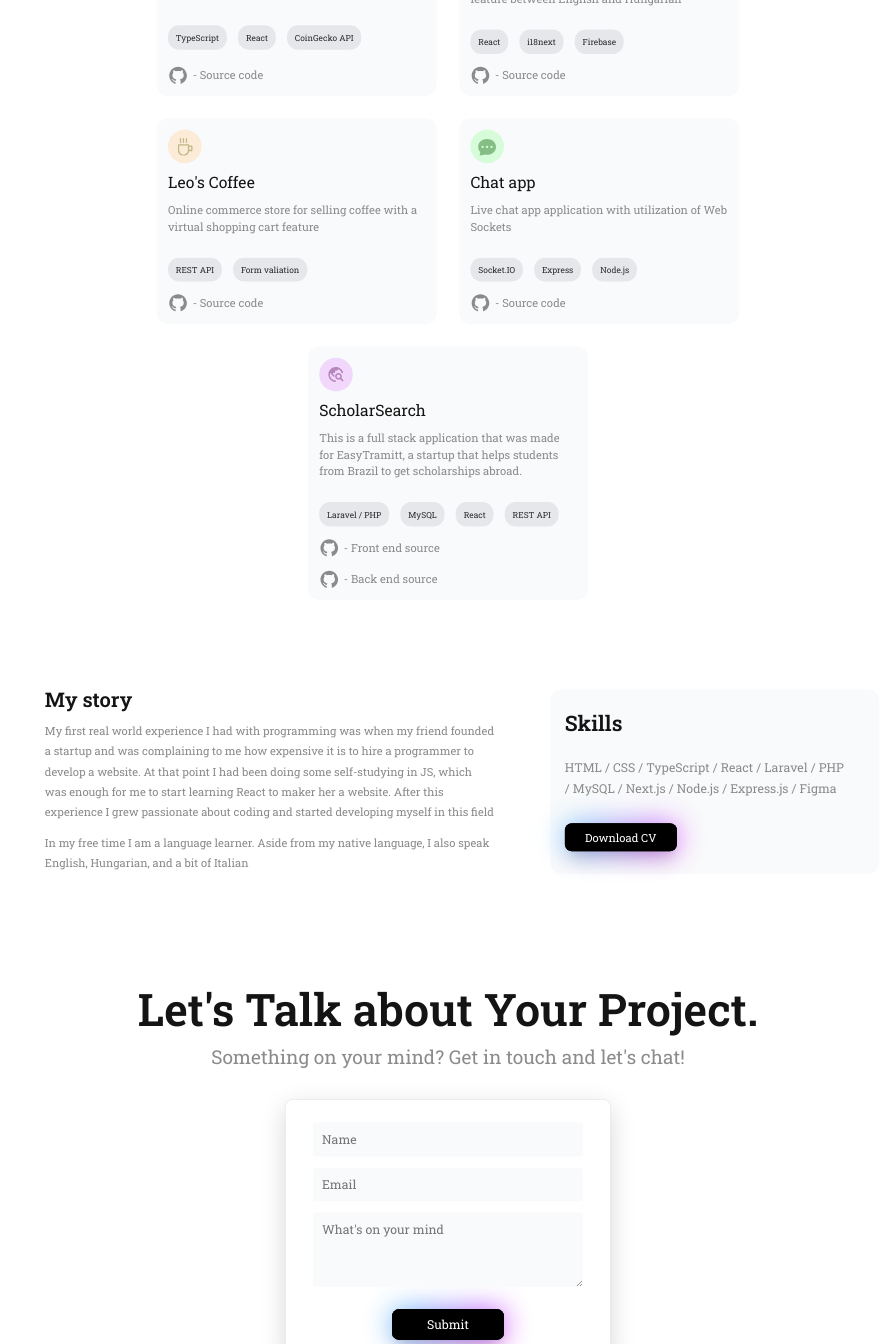
Repository: Leoka2000/portfolio-final
Page: /
The author's editor kept a copy of each file at every save. The page is drawn from the files as they stood at one save, then again after the next save.
The browser window is 1280 px wide. The pictures show the part of the page from y = 983 to 2903 px (the page is 3009 px tall before and 3054 px after), at 70% of full size.
The page's requests for data from a server got no answer. Some web fonts or font styles are not loaded; a fallback is used. The project was rebuilt for these pictures with package versions that can differ from the ones it lists, and the page was loaded fresh each time. No one was signed in, and anything a server would have sent is missing. Also part of the build but not shown: src/App.css. Imported but missing from the stored project, and not drawn on this page: src/assets/LeoCV.pdf, src/assets/ScholarSearch.mp4.

Above is the page before, as saved 2023-05-11 19:59:57.

### public/index.html
<!DOCTYPE html>
<html lang="en">
  <head>
    <meta charset="utf-8" />
    <link rel="icon" href="%PUBLIC_URL%/favicon.ico" />
    <meta name="viewport" content="width=device-width, initial-scale=1" />
    <meta name="theme-color" content="#000000" />
    <meta
      name="description"
      content="Web site created using create-react-app"
    />
    <link rel="apple-touch-icon" href="%PUBLIC_URL%/logo192.png" />
    <!-- font -->
    <link rel="preconnect" href="https://fonts.googleapis.com">
    <link rel="preconnect" href="https://fonts.gstatic.com" crossorigin>
    <link href="https://fonts.googleapis.com/css2?family=Fira+Sans+Extra+Condensed:wght@300&family=Roboto+Condensed:wght@300&family=Roboto+Slab:wght@400;500;600&display=swap" rel="stylesheet">

    <!-- font -->
    <link rel="manifest" href="%PUBLIC_URL%/manifest.json" />

    <title>React App</title>
  </head>
  <body>
    <noscript>You need to enable JavaScript to run this app.</noscript>
    <div id="root"></div>
    <!--
      This HTML file is a template.
      If you open it directly in the browser, you will see an empty page.

      You can add webfonts, meta tags, or analytics to this file.
      The build step will place the bundled scripts into the <body> tag.

      To begin the development, run `npm start` or `yarn start`.
      To create a production bundle, use `npm run build` or `yarn build`.
    -->
  </body>
</html>

### src/pages/main/home.jsx
import React from 'react'
import Navbar from '../../compontents/navbar/navbar'
import Hero from './hero/hero'
import Work from './work/work-parent'
import About from './about/about'
import Contact from '../contact/contact'


const Home = () => {
  return (
    <>
      <Hero/>
      <Work/>
      <About/>
      <Contact/>
    </>
  )
}

export default Home

### src/compontents/navbar/navbar.css
.nav-navbar {
    display: flex;
    justify-content: flex-start;

    align-items: center;
    height: 90px;
}

.nav-navbar > span {
    display: flex;
    color: var(--h1);
    text-align: center;
    align-items: center;
    justify-content: center;
    background-color: #f5f5f5;
    font-weight: 300;
    padding: 9px 30px;
    border-radius: 30px;
    height: 2rem;
    gap: 1rem;
    width: auto;
    position: absolute;
    right: 30rem;

}
.nav-navbar > span > div {
width: 1.4rem;
border-radius: 100%;
background-color: rgb(101, 223, 101);
height: 1.4rem;
}
.dropdown-menu{
    position: absolute;
    right: 0;
    margin-right: 2rem;


}
.nav-dropdown {
    transform: none;
    transition: all 2s ease-in-out;
    margin-top: 1rem;
    background-color: #f5f5f5;
    position: absolute;
    top: 1;
    right: 0;
    border-radius: 10px;
    width: 10rem;
    height: 8.5rem;
    font-size: 1.2rem;
    transition: all .2s ease-in-out;
    box-shadow: rgba(0, 0, 0, 0.1) 0px 20px 25px -5px, rgba(0, 0, 0, 0.04) 0px 10px 10px -5px;
    opacity:1;
    transition:

     0s linear,
     1s linear;
}
.nav-dropdown::before {
    content: "";
z-index: -1;
position: absolute;
top: 0;
right: 0;
bottom: 0;
left: 0;
background: linear-gradient(-45deg,#e81cff,#40c9ff);
transform: translateZ(0) scale(.95);
filter: blur(20px);
opacity: .6;
transition: .3s;
border-radius: inherit;
transition: all 2s ease-in-out;

}
.dropdown{

    list-style: none;
    display: flex;
 flex-direction: column;
 padding: 1rem;
 transform: none;
 opacity:1;
    transition:

     0s linear,
     1s linear;


}

.dropdown > a {
    list-style: none;
    width: 84%;
    display: flex;
    padding: 0.5rem 1rem 0.5rem 0.7rem;
}
.dropdown > a > a {
    width: 100%;
}
.dropdown a:hover {
    background-color: rgb(219, 219, 219);
    cursor: pointer;
    border-radius: 10px;
    transition: 0.2s;
}
.nav-navbar > div > button {
    background-color: transparent;
    outline: none;
    border: none;
    display: flex;
    align-items: center;
    background-color: #f5f5f5;
    border-radius: 10px;

    padding: 0.8rem;
    justify-content: center;
    gap: 0.2rem;
    cursor: pointer;
    position: relative;
    transition: 0.3s;
}
.nav-navbar > div > button:hover {
background-color: rgb(228, 228, 228);
transform: scale(1.1);
}
.dropdown-menu > button > p {
    font-size: 1.2rem;

}
.dropdown-menu button svg {
    font-size: 1.5rem;
}

### src/pages/main/hero/hero.jsx
import React from 'react'
import {AiFillGithub} from 'react-icons/ai'
import {AiOutlineMail} from 'react-icons/ai'
import {AiFillLinkedin} from 'react-icons/ai'
import './hero.css'
import { Link } from 'react-scroll'

const hero = () => {
  return (
    <>
      <section className='hero-section'>
        <h1>Hi, I'm Leo, a front-end developer</h1>
        <p>I build things for the web primarily using React. Currently living in Hungary</p>
        <div className='icons-wrapper'>
          <a href='https://www.linkedin.com/in/leoreus/'><AiFillGithub/></a>
          <a href='https://github.com/Leoka2000'><AiOutlineMail/> </a>
          <a><AiFillLinkedin/></a>
        </div>
        <button className='hero-btn'> <Link to="contact" spy={true} smooth={true} offset={100} duration={500}>Hire me</Link></button>
      </section>
    </>
  )
}

export default hero

### src/pages/main/hero/hero.css
.hero-section {
    display: flex;
    flex-direction: column;
    text-align: center;
    align-items: center;
    padding: 4rem 2rem 2rem 2rem;
    justify-content: center;
    gap: 1.5rem
}
.hero-section h1 {
    color: var(--h1);
    font-size: 5rem;
}
.hero-section p {
    color: var(--p);
    font-size: 2rem;
    line-height: 2.5rem;
    width: 80%;

}
.icons-wrapper {
    font-size: 2rem;
    color: var(--p);
    background-color: #f5f5f5;
    border-radius: 25px;
    align-items: center;
    padding: 0.8rem 0 0.5rem 0;
    width: 12rem;
    display: flex;
    justify-content: center;
    gap: 1rem;
    cursor: pointer;

}
.icons-wrapper a {
    text-decoration: none;
    color: var(--p);
}
.icons-wrapper svg {
    transition: 0.4s;
}
.icons-wrapper svg:hover {
    color: rgb(0, 0, 0);
}


.hero-section > button {
    font-family: 'Fira Sans Extra Condensed', sans-serif;

    font-family: 'Inter', sans-serif;

    font-family: 'Roboto Condensed', sans-serif;

    font-family: 'Roboto Slab', serif;

    display: flex;
    justify-content: center;
    align-items: center;
    color: white;
    font-size: 1.3rem;
    width: 10rem;
    height: 3.5rem;
    border-radius: 10px;
    outline: none;
    background-color: black;
    border: none;
    position: relative;
    cursor: pointer;
    transition: all .2s ease-in-out;
    box-shadow: rgba(0, 0, 0, 0.1) 0px 20px 25px -5px, rgba(0, 0, 0, 0.04) 0px 10px 10px -5px;
}
.hero-section > button::before {
    content: "";
z-index: -1;
position: absolute;
top: 0;
right: 0;
bottom: 0;
left: 0;
background: linear-gradient(-45deg, #e81cff, #40c9ff);
transform: translateZ(1) scale(.98);
filter: blur(20px);
opacity: .6;
transition: opacity .3s;
border-radius: inherit;
transition: all .2s ease-in-out;
}
.hero-section > button::after {

        content: "";
        z-index: -1;
        position: absolute;
        top: 0;
        right: 0;
        bottom: 0;
        left: 0;
        background: inherit;
        border-radius: inherit;
      }

.hero-section > button:hover {
transform: scale(1.1);
background-color: white;
color: black;
}



@media screen and (max-width: 1000px) {
    .hero-section > h1 {
        color: var(--h1);
        font-size: 2rem;
    }
    .hero-section > p {
        font-size: 1.2rem;
        line-height: 1.4rem;
    }

}

### src/pages/main/work/projects/bionexus/index.jsx
import React from 'react'
import {FaBusinessTime} from 'react-icons/fa'
import {AiFillGithub} from 'react-icons/ai'

const index = () => {
  return (
    <a target='_blank' href='https://bionexusjr.com/' className='individual-wrapper'>
    <span id='work-2'><FaBusinessTime/></span>
    <h1>BioNexusJr's landing page</h1>
    <p>Landing page for Hungary's first junior enterprise - BioNexusJr. Integrated with i18next's API for implementing a translation feature between English and Hungarian</p>
    <div className='key-wrapper'>
    <span>React</span>
      <span>i18next</span>
      <span>Firebase</span>
    </div>
    <a href='https://github.com/Leoka2000/BioNexus-s-Website'><AiFillGithub/><p id='hover'>- Source code</p></a>
  </a>
  )
}

export default index

### src/pages/main/work/projects/coffee/index.jsx
import React from 'react'
import {AiOutlineCoffee} from 'react-icons/ai'
import {AiFillGithub} from 'react-icons/ai'

const index = () => {
  return (
    <a target='_blank'  href='https://voluble-salamander-19402b.netlify.app/' className='individual-wrapper'>
      <span id='work-3'><AiOutlineCoffee/></span>
      <h1>Leo's Coffee</h1>
      <p>Online commerce store for selling coffee with a virtual shopping cart feature</p>
      <div className='key-wrapper'>
        <span>REST API</span>
        <span>Form valiation</span>
      </div>
      <a href='https://www.facebook.com/'><AiFillGithub/><p id='hover'>- Source code</p></a>
    </a>
  )
}

export default index

### src/pages/main/work/projects/chatapp/index.jsx
import React from 'react'
import {BsFillChatDotsFill} from 'react-icons/bs'
import {AiFillGithub} from 'react-icons/ai'

const index = () => {
  return (
    <a target='_blank'  href='https://idyllic-horse-830bac.netlify.app/' className='individual-wrapper'>
    <span id='work-4'><BsFillChatDotsFill/></span>
    <h1>Chat app</h1>
    <p>Live chat app application with utilization of Web Sockets</p>
    <div className='key-wrapper'>
      <span>Socket.IO</span>
      <span>Express</span>
      <span>Node.js</span>
    </div>
    <a href='https://www.facebook.com/'><AiFillGithub/><p id='hover'>- Source code</p></a>
  </a>
  )
}

export default index

### src/pages/main/work/projects/easy/index.jsx
import React, { useState } from 'react';
import { MdTravelExplore } from 'react-icons/md';
import { AiFillGithub } from 'react-icons/ai';
import video from '../../../../../assets/ScholarSearch.mp4';

const Index = () => {
  const [isVideoPlaying, setIsVideoPlaying] = useState(false);

  const handleVideoClick = (event) => {
    const targetElement = event.target;
    const isGithubLink = targetElement.closest('.github-link');

    if (!isGithubLink) {
      setIsVideoPlaying(true);
      disableScroll();
    }
  };

  const handleQuitVideo = () => {
    setIsVideoPlaying(false);
    enableScroll();
  };

  const disableScroll = () => {
    document.body.style.overflow = 'hidden';
  };

  const enableScroll = () => {
    document.body.style.overflow = '';
  };

  return (
    <div>
      <div onClick={handleVideoClick} className="individual-wrapper">
        <span id="work-5">
          <MdTravelExplore />
        </span>
        <h1>ScholarSearch</h1>
        <p>
          This is a full stack application that was made for EasyTramitt, a
          startup that helps students from Brazil to get scholarships abroad.
        </p>
        <div className="key-wrapper">
          <span>Laravel / PHP</span>
          <span>MySQL</span>
          <span>React</span>
          <span>REST API</span>
        </div>
        <a target='_blank' href="https://github.com/Leoka2000/front-end-ScholarSearch" className="github-link">
          <AiFillGithub />
          <p id="hover">- Front end source</p>
        </a>
        <a  target='_blank' href="https://github.com/Leoka2000/back-end-laravel" className="github-link">
          <AiFillGithub />
          <p id="hover">- Back end source</p>
        </a>
      </div>

      {isVideoPlaying && (
        <div className="video-overlay">
          <video src={video} controls autoPlay />
          <button onClick={handleQuitVideo}>Quit</button>
        </div>
      )}
    </div>
  );
};

export default Index;

### src/pages/main/work/projects/cryptoapp/index.jsx
import React from 'react'
import {SiBitcoin} from 'react-icons/si'
import {AiFillGithub} from 'react-icons/ai'

const index = () => {
  return (
    <a target='_blank'  href='https://regal-macaron-8fc4ed.netlify.app/' className='individual-wrapper'>
      <span id='work-1'><SiBitcoin/></span>
      <h1>CryptoApp</h1>
      <p>By consuming the CoinGecko API, the app provides live updates on different cryptocurrency informations</p>
      <div className='key-wrapper'>
      <span>TypeScript</span>
      <span>React</span>
        <span>CoinGecko API</span>
      </div>
      <a href='https://github.com/Leoka2000/CryptoApp'><AiFillGithub/><p id='hover'>- Source code</p></a>
    </a>
  )
}

export default index

### src/pages/main/about/about.css
.about-section {
    display: flex;
    gap: 0.5rem;
    padding: 7rem 1.5rem 5rem 4rem;
}

.left {
    display: flex;
    flex-direction: column;
    width: 50rem;
    gap: 1rem;

}
.left > h1 {
    color: var(--h1);
    font-size: 1.8rem;
}
.left > p {
    line-height: 1.8rem;
    color: var(--p);
    font-size: 1rem;
    font-weight: normal;
    -webkit-font-smoothing: antialiased;
    -moz-osx-font-smoothing: grayscale;
    width: 90%;

}

.right {
    display:flex;
    flex-direction: column;
    background-color: var(--background);
    border-radius: 16px;
    gap:1.6rem;
    padding: 1.3rem;
    justify-content: space-evenly;
    z-index: 0;
    width: 30rem;

}
.right > h1 {
    font-size: 1.9rem;
}
.right > p {
    color: var(--p);
    font-size: 1.1rem;
    line-height: 1.8rem;
    width: 95%;
}
.right-btn {
    display: flex;
    justify-content: center;
    align-items: center;
    color: white;
    font-size: 1rem;
    width: 10rem;
    height: 2.5rem;
    border-radius: 10px;
    outline: none;

    background-color: black;
    border: none;
    position: relative;
    cursor: pointer;
    transition: all .2s ease-in-out;
    box-shadow: rgba(0, 0, 0, 0.1) 0px 20px 25px -5px, rgba(0, 0, 0, 0.04) 0px 10px 10px -5px;
    font-family: 'Fira Sans Extra Condensed', sans-serif;

    font-family: 'Inter', sans-serif;

    font-family: 'Roboto Condensed', sans-serif;

    font-family: 'Roboto Slab', serif;
}
.right-btn::before {
    content:"";
z-index: -1;
position: absolute;
top: 0;
right: 0;
bottom: 0;

left: 0;
background: linear-gradient(-45deg, #e81cff, #40c9ff);
transform: translateZ(1) scale(.98);
filter: blur(20px);
opacity: 0.8;
transition: opacity .3s;
border-radius: inherit;
transition: all .2s ease-in-out;
}
.right-btn::after {

        content: "";
        z-index: -1;
        position: absolute;
        top: 0;
        right: 0;
        bottom: 0;
        left: 0;
        background: inherit;
        border-radius: inherit;
      }

      .right-btn:hover {
transform: scale(1.1);
background-color: white;
color: black;
}




@media screen and (max-width: 1150px) {
    .right {
        width: 35rem;


    }
    .left {
        width: 40rem;
        padding-left: 1.5rem;
    }
}

@media screen and (max-width: 1000px) {
    .about-section {
        flex-direction: column;
        padding-left: 0rem;
    }
    .right {
        width: 90%;



    }
    .left {
        width: 90%;
        padding-bottom: 1.5rem;


    }
    .left > p {
        width: 100%;
    }

    .right-btn {
        width: 13rem;
    }

    .right > p {

        font-size: 1.2rem;

    }
}

### src/pages/main/about/thingsido/index.jsx
import React from 'react'

const index = () => {
  return (
    <div className='left'>
            <h1>My story</h1>
            <p>My first real world experience I had with programming was when my friend founded a startup and was complaining to me how expensive it is to hire a programmer to develop a website. At that point I had been doing some self-studying in JS, which was enough for me to start learning React to maker her a website. After this experience I grew passionate about coding and started developing myself in this field</p>
            <p>In my free time I am a language learner. Aside from my native language, I also speak English, Hungarian, and a bit of Italian</p>
        </div>
  )
}

export default index

### src/pages/main/about/skills/index.jsx
import React from 'react'
import CV from '../../../../assets/LeoCV.pdf'
import './index.css'



const index = () => {
    return (
        <div className='right'>
            <h1>Skills</h1>
            <p>HTML / CSS / TypeScript / React / Laravel / PHP / MySQL / Next.js / Node.js / Express.js / Figma</p>
            <a href={CV} download className='right-btn'>Download CV</a>
        </div>
    )
}

export default index

### src/pages/contact/contact.css
.contact-session {
    padding: 5rem 1rem 5rem 1rem;
}
.contact-header {
    text-align: center;
    font-size: 1.2rem;
    gap: 1.5rem;
    display: flex;
    flex-direction: column;
}
.contact-header > h1 {
    font-size: 4rem;
    color: var(--h1);
}
.contact-header > p {
    color: var(--p);
    font-size: 1.7rem;
}
.contact-main {
    padding-top: 3rem;
    display: flex;
    justify-content: center;

}
.form {
    display: flex;
    flex-direction: column;
    justify-content: center;
    align-items: center;
    gap: 1rem;
    width: 25rem;
    box-shadow: rgba(0, 0, 0, 0.16) 0px 10px 36px 0px, rgba(0, 0, 0, 0.06) 0px 0px 0px 1px;
    padding: 2rem;
    border-radius: 10px;

}
.input {
    padding: 0.8rem;
    width: 22.5rem;
    outline: 2px solid transparent;
outline-offset: 2px;
border: none;
background-color: var(--background);
border-radius: 4px;
font-size: 1.1rem;
font-family: 'Fira Sans Extra Condensed', sans-serif;

  font-family: 'Inter', sans-serif;

  font-family: 'Roboto Condensed', sans-serif;

  font-family: 'Roboto Slab', serif;

}
.textarea {
padding: 0.8rem;
    width: 22.5rem;
    height: 5rem;
    outline: 2px solid transparent;
outline-offset: 2px;
border: none;
background-color: var(--background);
border-radius: 4px;
font-family: 'Fira Sans Extra Condensed', sans-serif;
font-size: 1.1rem;
  font-family: 'Inter', sans-serif;

  font-family: 'Roboto Condensed', sans-serif;

  font-family: 'Roboto Slab', serif;
}

.error {
  text-align:end;
   color: red;
}
.success {
 color: rgb(16, 184, 80);
 padding-bottom: 0.5rem;
}
.contact-btn {
    font-family: 'Fira Sans Extra Condensed', sans-serif;

    font-family: 'Inter', sans-serif;

    font-family: 'Roboto Condensed', sans-serif;

    font-family: 'Roboto Slab', serif;

    display: flex;
    justify-content: center;
    align-items: center;
    color: white;
    font-size: 1.1rem;
    width: 10rem;
    height: 2.8rem;
    border-radius: 10px;
    outline: none;
    background-color: black;
    border: none;
    position: relative;
    cursor: pointer;
    transition: all .2s ease-in-out;
    box-shadow: rgba(0, 0, 0, 0.1) 0px 20px 25px -5px, rgba(0, 0, 0, 0.04) 0px 10px 10px -5px;
    margin-top: 1rem;
}

.contact-btn::before {
    content: "";
z-index: -1;
position: absolute;
top: 0;
right: 0;
bottom: 0;
left: 0;
background: linear-gradient(-45deg, #e81cff, #40c9ff);
transform: translateZ(1) scale(.9);
filter: blur(20px);
opacity: .9;
transition: opacity .3s;
border-radius: inherit;
transition: all .2s ease-in-out;
}
.contact-btn::after {

        content: "";
        z-index: -1;
        position: absolute;
        top: 0;
        right: 0;
        bottom: 0;
        left: 0;
        background: inherit;
        border-radius: inherit;
      }

.contact-btn:hover {
transform: scale(1.1);
background-color: white;
color: black;
}

@media screen and (max-width: 600px) {

    .contact-header > h1 {

        font-size: 2.5rem;
    }
    .contact-header > p {
        line-height: 2rem;
        font-size: 1.6rem;
    }

}
@media screen and (max-width: 400px) {
    .input, .textarea {
        width: 18rem;
    }
}

Loaded but not shown: src/index.js (common file); src/index.css (common file); src/App.js (common file); src/pages/contact/inputs/index.js (55 lines, source omitted); src/compontents/navbar/navbar.js (35 lines, source omitted); src/pages/main/work/work-parent.js (32 lines, source omitted); src/firebaseConfig.js (27 lines, source omitted); src/pages/contact/contact.js (22 lines, source omitted); src/pages/main/about/about.js (15 lines, source omitted); src/pages/main/work/work.css (203 lines, source omitted); src/pages/main/about/skills/index.css (no stored copy; drawn as an empty file)

After the next save:
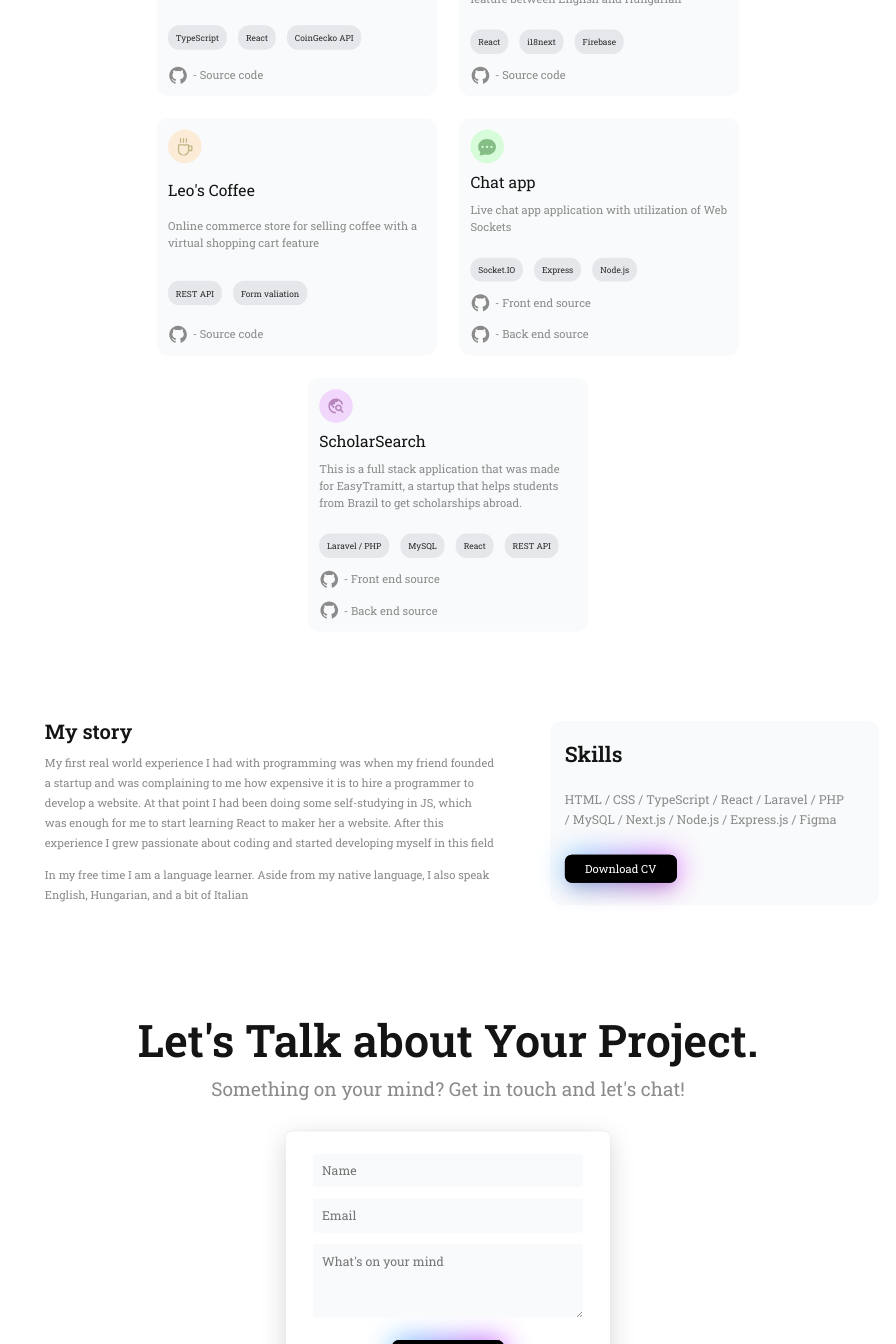
Saved 9 min 40 s later.
--- a/src/pages/main/work/projects/chatapp/index.jsx
+++ b/src/pages/main/work/projects/chatapp/index.jsx
@@ -13,7 +13,14 @@ const index = () => {
       <span>Express</span>
       <span>Node.js</span>
     </div>
-    <a href='https://www.facebook.com/'><AiFillGithub/><p id='hover'>- Source code</p></a>
+    <a target='_blank' href="https://github.com/Leoka2000/chat-app-front-end" className="github-link">
+          <AiFillGithub />
+          <p id="hover">- Front end source</p>
+        </a>
+        <a  target='_blank' href="https://github.com/Leoka2000/chat-app-back-end" className="github-link">
+          <AiFillGithub />
+          <p id="hover">- Back end source</p>
+        </a>
   </a>
   )
 }
